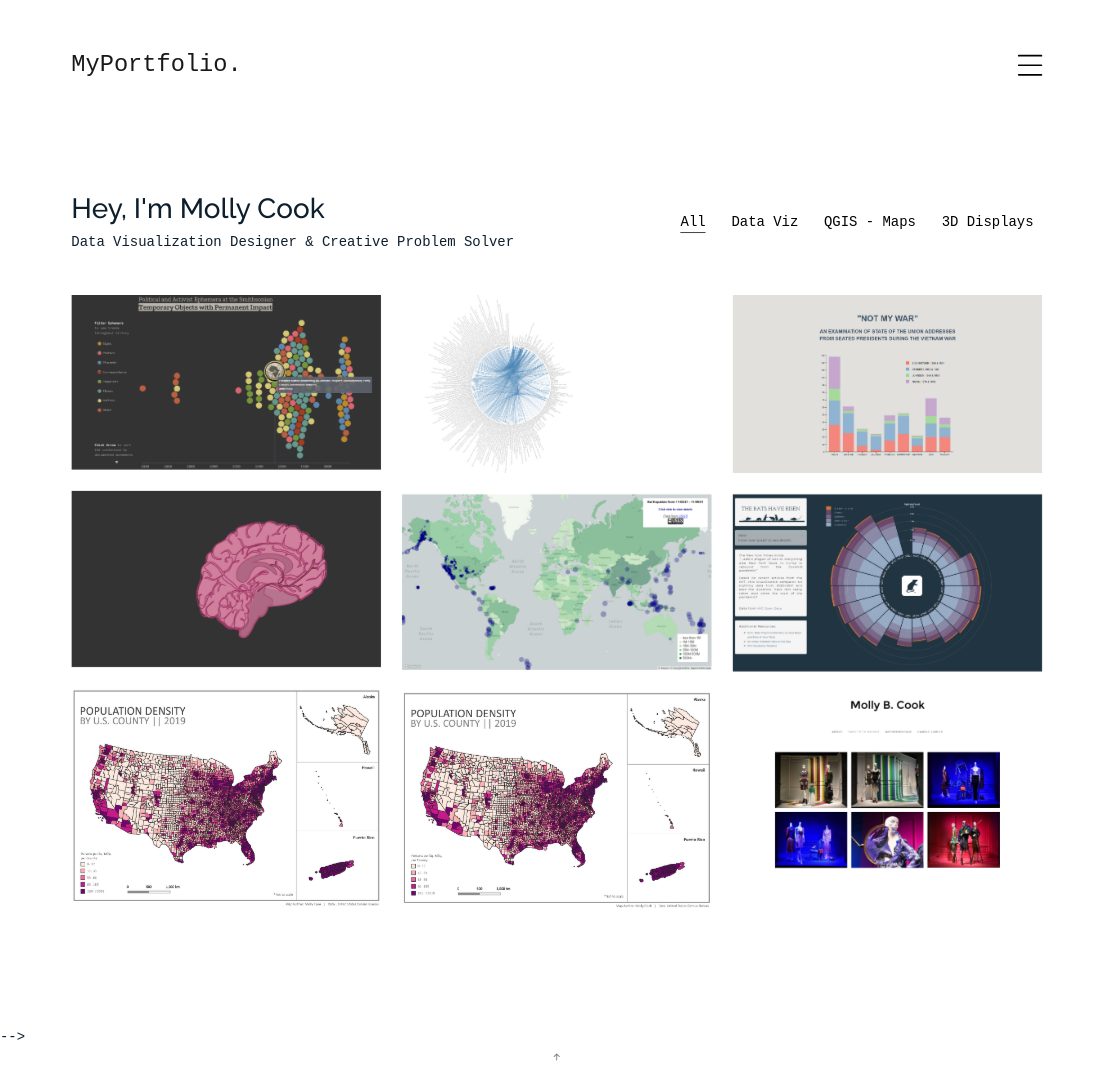
Repository: m0llyc00k/portfolio-2
Page: index.html
The author's editor kept a record of every edit. The page is drawn from the files as they stood at one moment, then again after the next edit.
The browser window is 1280 px wide. The pictures show the whole page, at 87% of full size.
Some web fonts or font styles are not loaded; a fallback is used.

Above is the page before.

After the next edit:
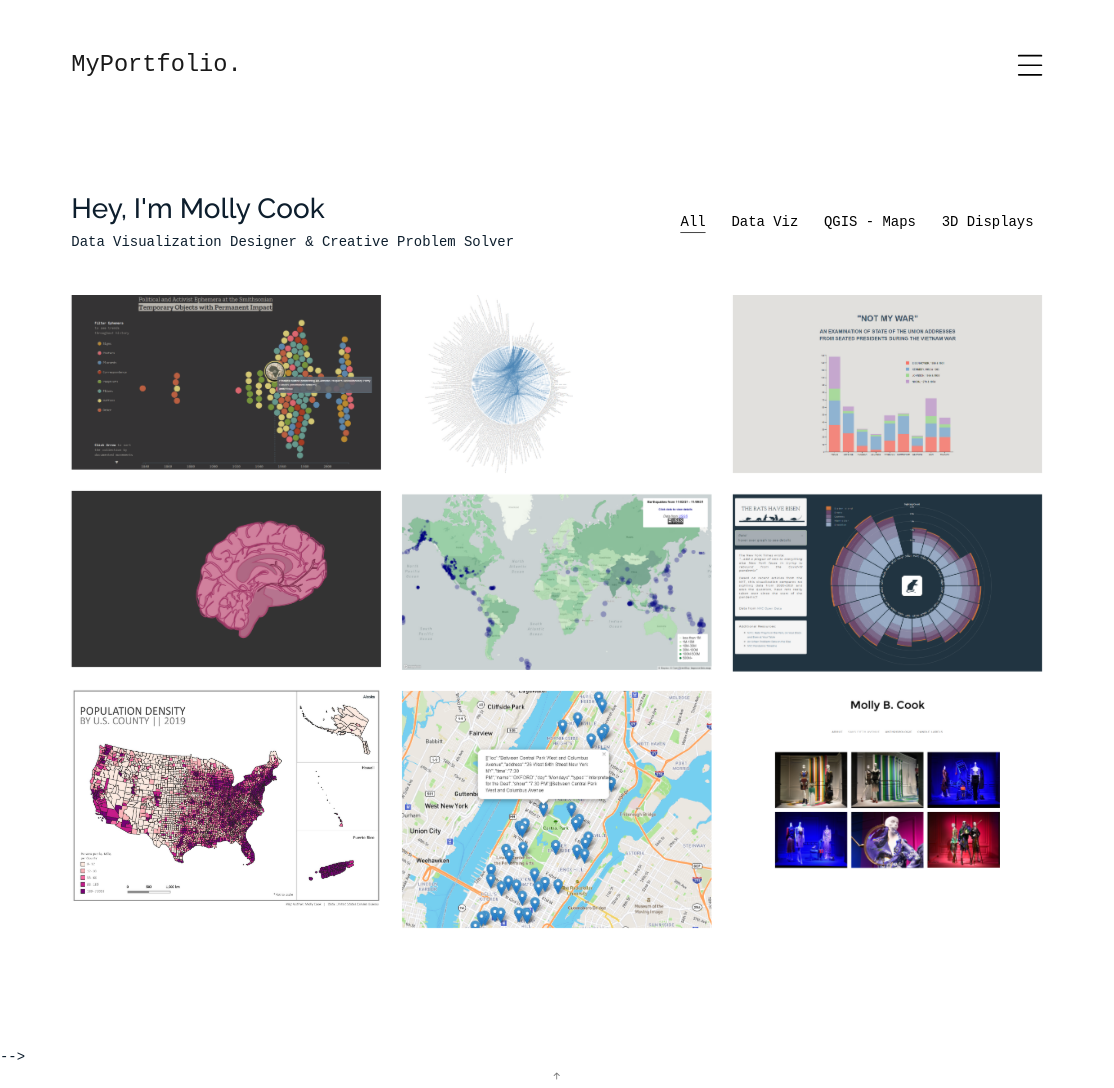
The edit:
--- a/index.html
+++ b/index.html
@@ -167,7 +167,7 @@
                 <h3>Alcoholics Anonymous Map: Data Scraping</h3>
                 <span>Maps & Layouts</span>
               </div>
-              <img class="img-fluid" src="assets/img/pop_by_county_2019_MollyCook.jpg">
+              <img class="img-fluid" src="assets/img/aa-map-overview.png">
             </a>
           </div>
           <div class="item displays col-sm-6 col-md-4 col-lg-4 mb-4">
